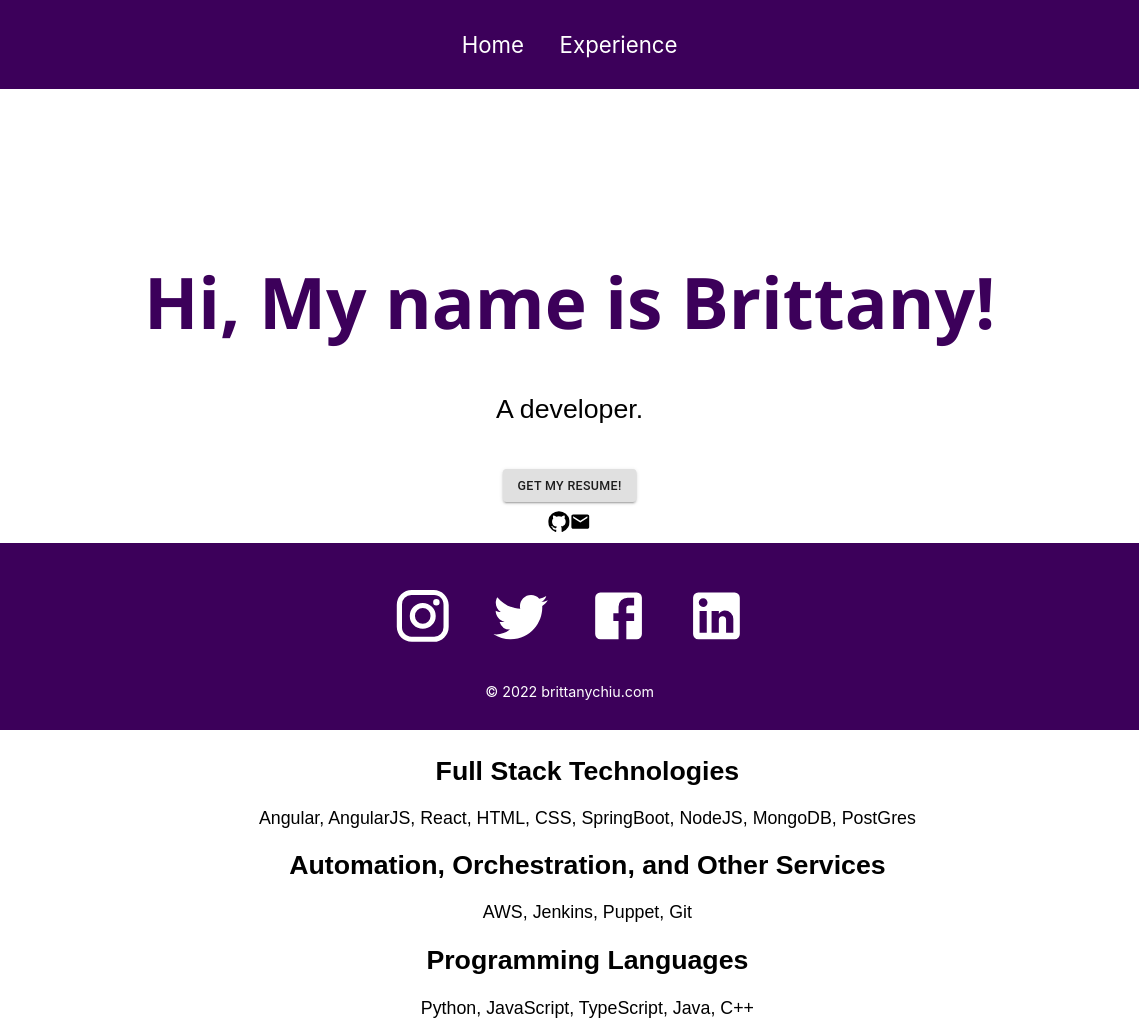
Repository: chiubacca94/chiufolio
Page: /
An editor plug-in stored every save of this project. The page is shown before and after a run of saves, followed by the edit.
The browser window is 1280 px wide. The pictures show the whole page, at 89% of full size.
The project was rebuilt for these pictures with package versions that can differ from the ones it lists, and the page was loaded fresh each time. Also part of the build but not shown: src/components/Projects/Projects.js, src/components/Experiences/Experiences.css, src/components/Experiences/Experiences.js.

Above is the page before, as saved 2022-07-04 21:15:35.

After the next 2 saves:
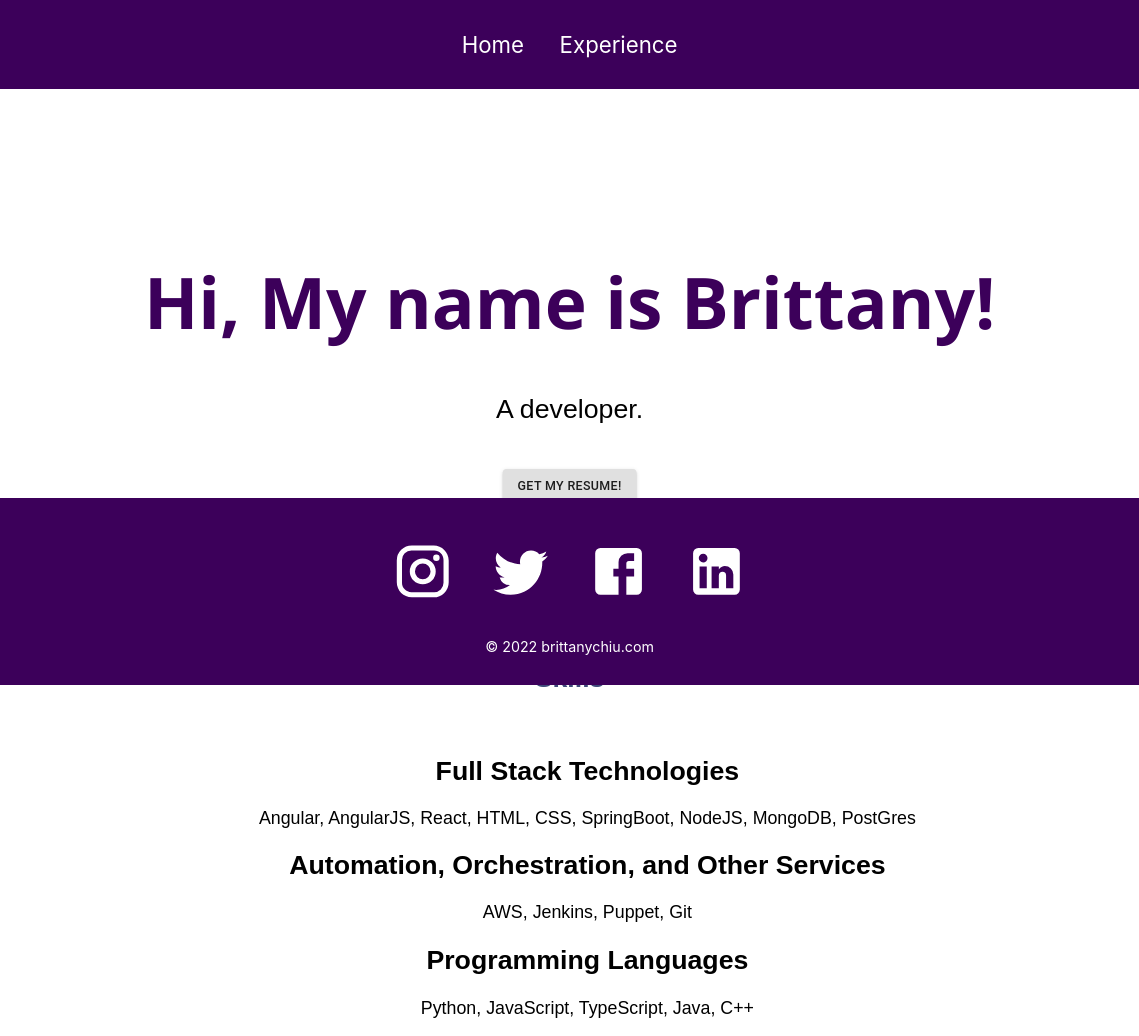
The 2 saves are shown as one change because they came seconds apart.
The last was saved 9 s later.
--- a/src/components/Footer/Footer.css
+++ b/src/components/Footer/Footer.css
@@ -9,7 +9,7 @@
     padding-top: 10px;
     margin-top: 200px;
     position: fixed;
-    bottom: -100px;
+    bottom: -50px;
   }
 
   .socialMedia svg {
